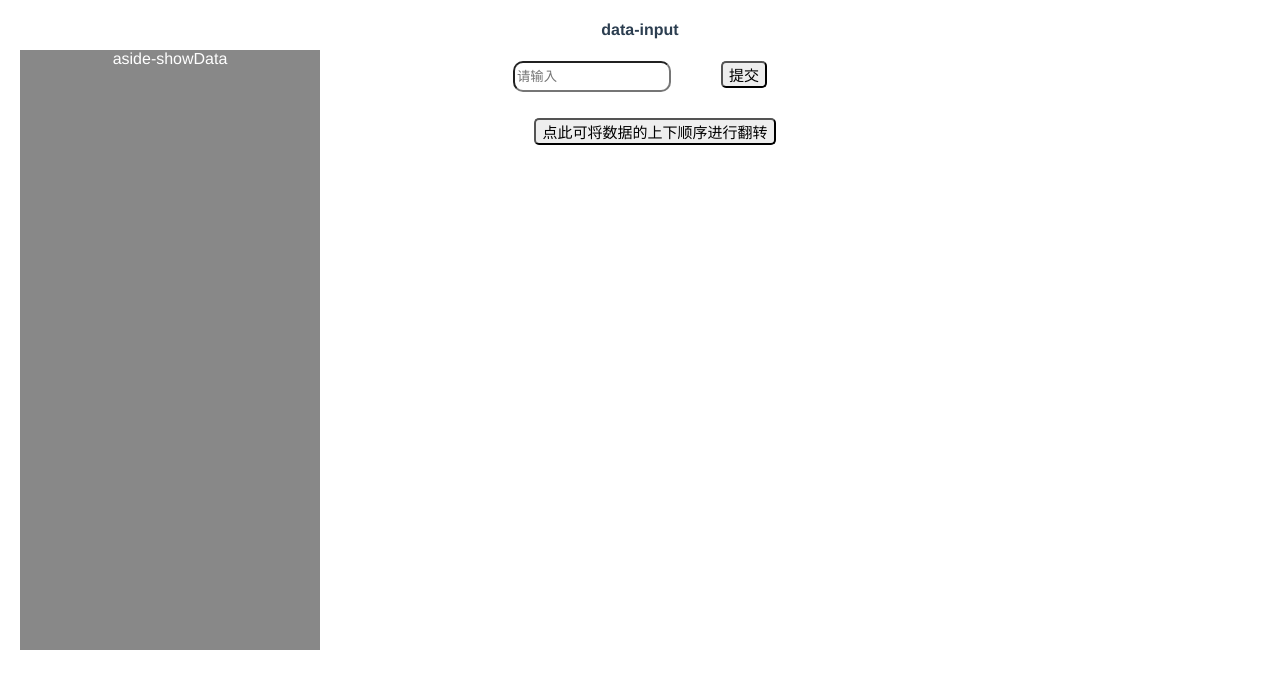
Repository: z-xy-git/demofirst
Page: /
These files come from the project's save history. The page is drawn as it stood at one moment and after the next save; the edit follows.
The browser window is 1280 px wide. The pictures show the whole page.
The project was rebuilt for these pictures with package versions that can differ from the ones it lists, and the page was loaded fresh each time. Also part of the build but not shown: src/views/ShowData.vue, src/views/ReverseShowData.vue.

Above is the page before, as saved 2021-03-01 10:09:27.

After the next save:
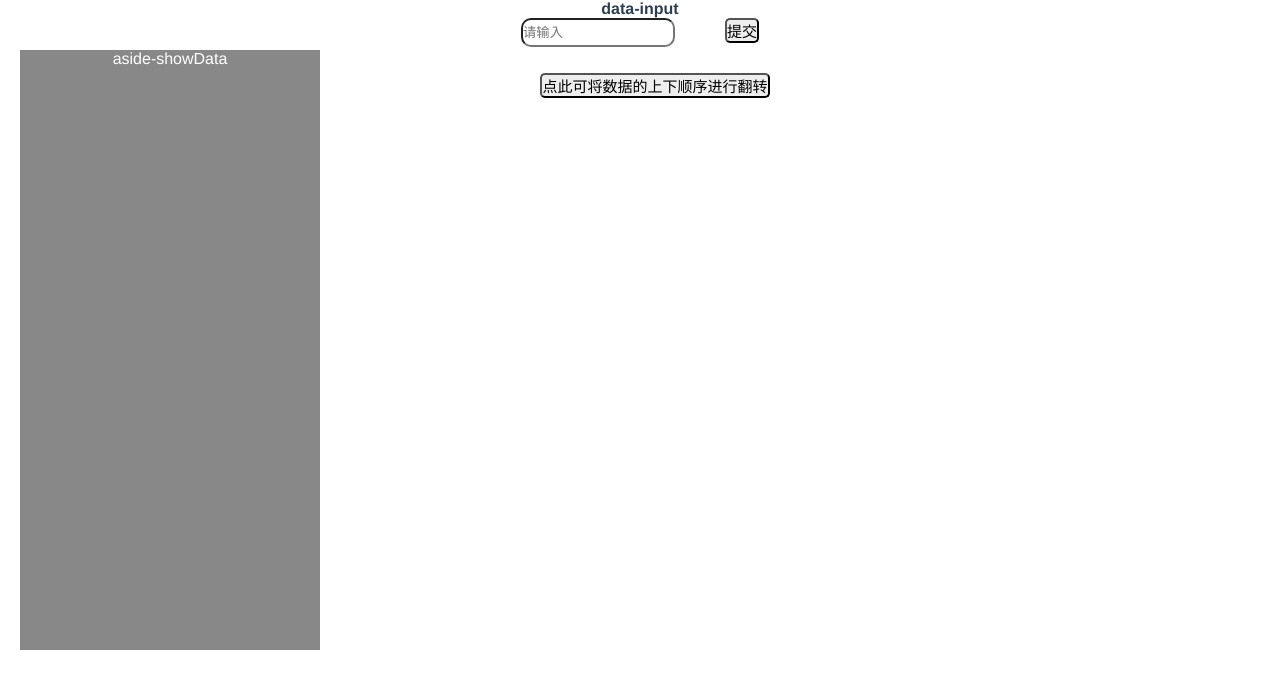
Saved 70 s later.
--- a/src/views/Home.vue
+++ b/src/views/Home.vue
@@ -48,6 +48,10 @@ export default {
 }
 </script>
 <style>
+  *{
+    margin: 0;
+    padding: 0;
+  }
   .input-style{
     margin-right: 20px;
     outline: none;
